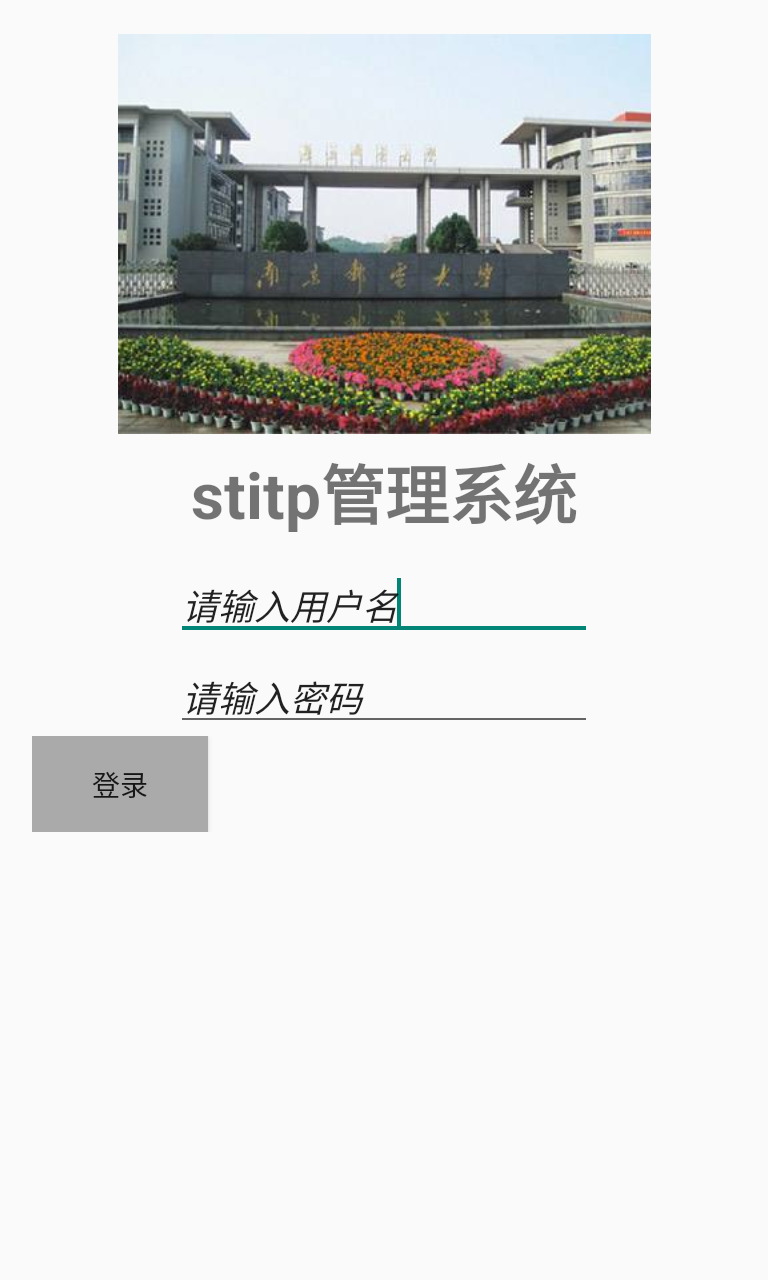
Repository: weizhaopeng/zhou_stitp
Layout: workspace/zhou/res/layout/fragment_main.xml
These files come from the project's save history. The layout is drawn as it stood at one moment and after the next save; the edit follows.
It is drawn on a 768 x 1280 px phone screen (xhdpi) without system bars, with theme AppTheme; the app's code is not run.

Above is the layout before, as saved 2018-11-28 06:38:18.

After the next save:
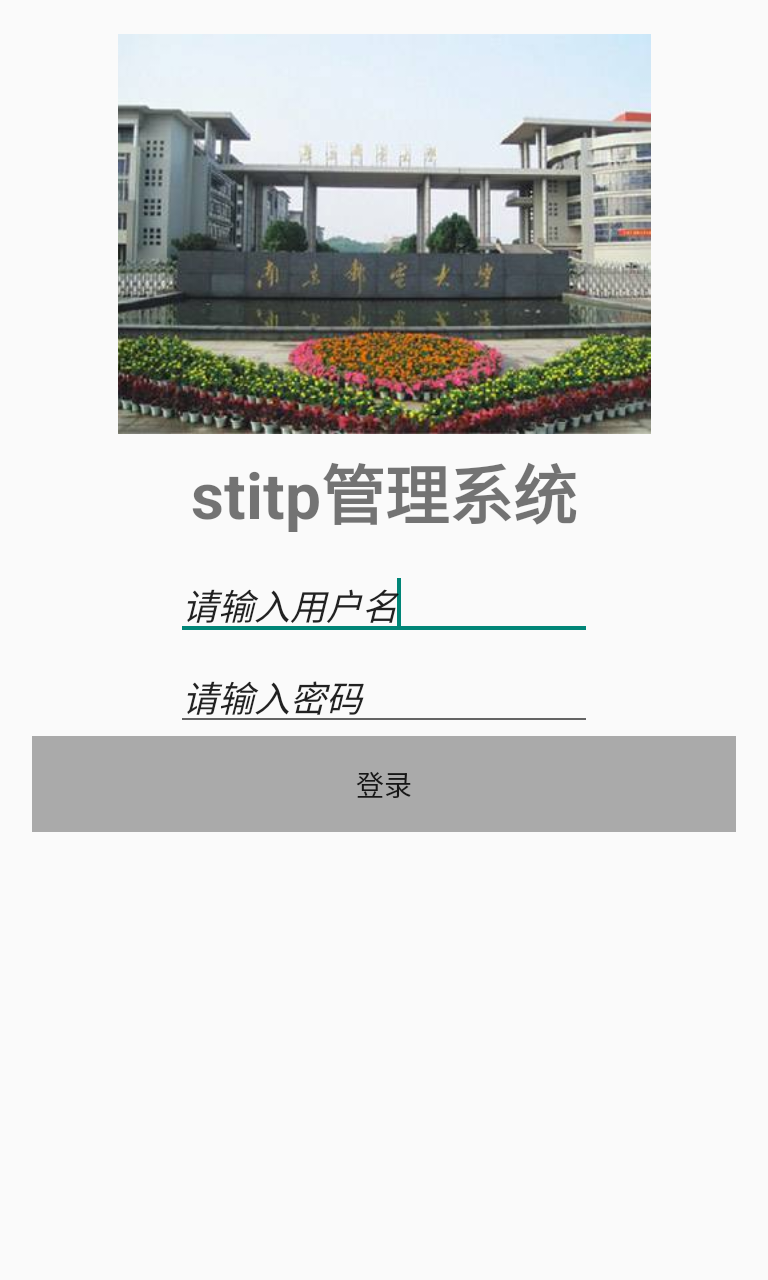
Saved 6 min 43 s later.
--- a/workspace/zhou/res/layout/fragment_main.xml
+++ b/workspace/zhou/res/layout/fragment_main.xml
@@ -76,17 +76,17 @@
         android:contentDescription="输入按钮布局"
         android:layout_width="match_parent"
         android:layout_height="wrap_content"
-        android:layout_below="@+id/main_input"
-        android:layout_centerHorizontal="true">
+        android:layout_below="@+id/main_input">
 
         <Button
             android:id="@+id/main_load"
-            android:layout_width="wrap_content"
+            android:contentDescription="主界面登录按钮"
+            android:layout_width="match_parent"
             android:layout_height="wrap_content"
-            android:layout_gravity="center"
+            android:layout_gravity="center_horizontal"
             android:background="@android:color/darker_gray"
-            android:contentDescription="主界面登录按钮"
-            android:text="@string/load" />
+            android:text="@string/load"
+            android:gravity="center" />
 
 		<!--
         <Button
